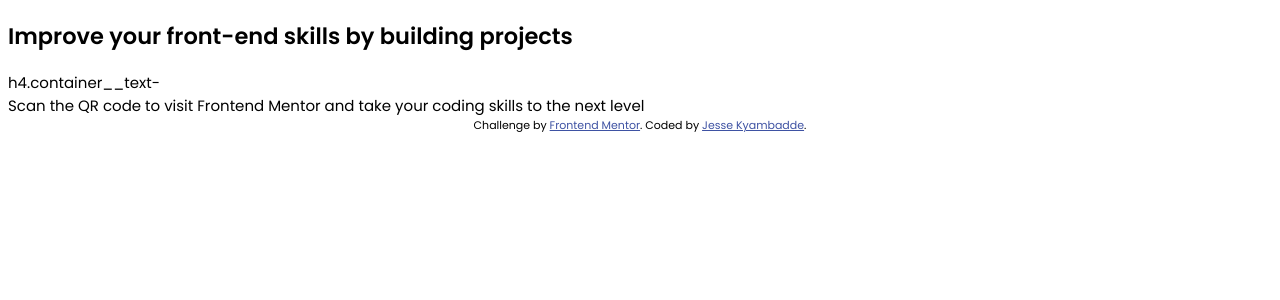
Repository: jesar-enl/qr-code-component-main-sample
Page: index.html
An editor plug-in stored every save of this project. The page is shown before and after a run of saves, followed by the edit.
The browser window is 1280 px wide. The pictures show the whole page.

Above is the page before, as saved 2022-03-04 08:51:22.

After the next 2 saves:
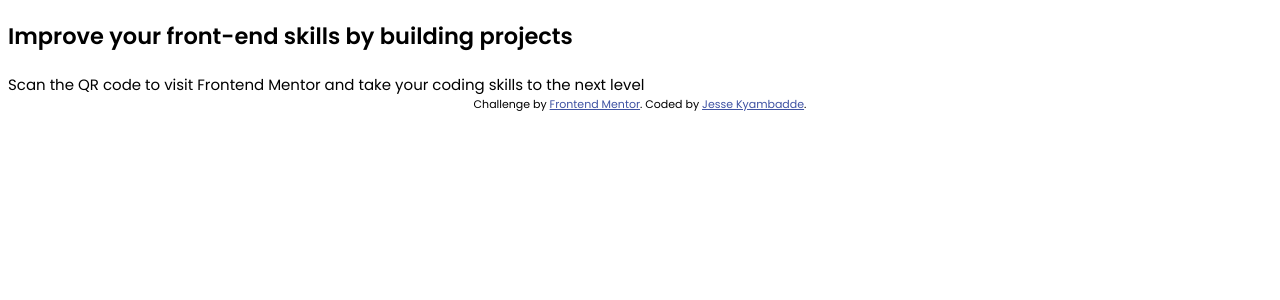
The 2 saves are shown as one change because they came seconds apart.
The last was saved 5 s later.
--- a/index.html
+++ b/index.html
@@ -23,7 +23,7 @@
     </div>
     <div class="container__text">
       <h2 class="container__text-heading">Improve your front-end skills by building projects</h2>
-      h4.container__text-
+      <h4 class="container__text-para"></h4>
     </div>
   </div>
 
